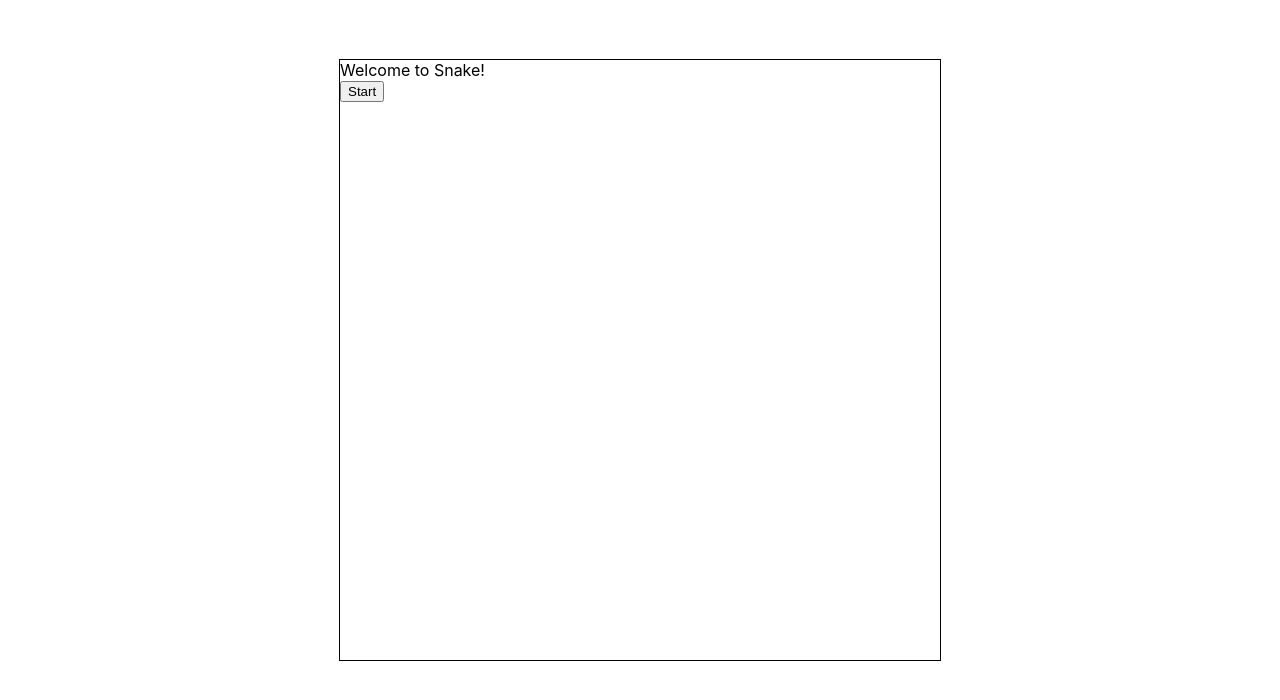
Repository: meills/react-snake
Page: /
The author's editor kept a copy of each file at every save. The page is drawn from the files as they stood at one save, then again after the next save.
The browser window is 1280 px wide. The pictures show the whole page.
The project was rebuilt for these pictures with package versions that can differ from the ones it lists, and the page was loaded fresh each time. Also part of the build but not shown: src/components/Snakeboard.js, src/styles/App.css.

Above is the page before, as saved 2020-06-15 13:34:08.

After the next save:
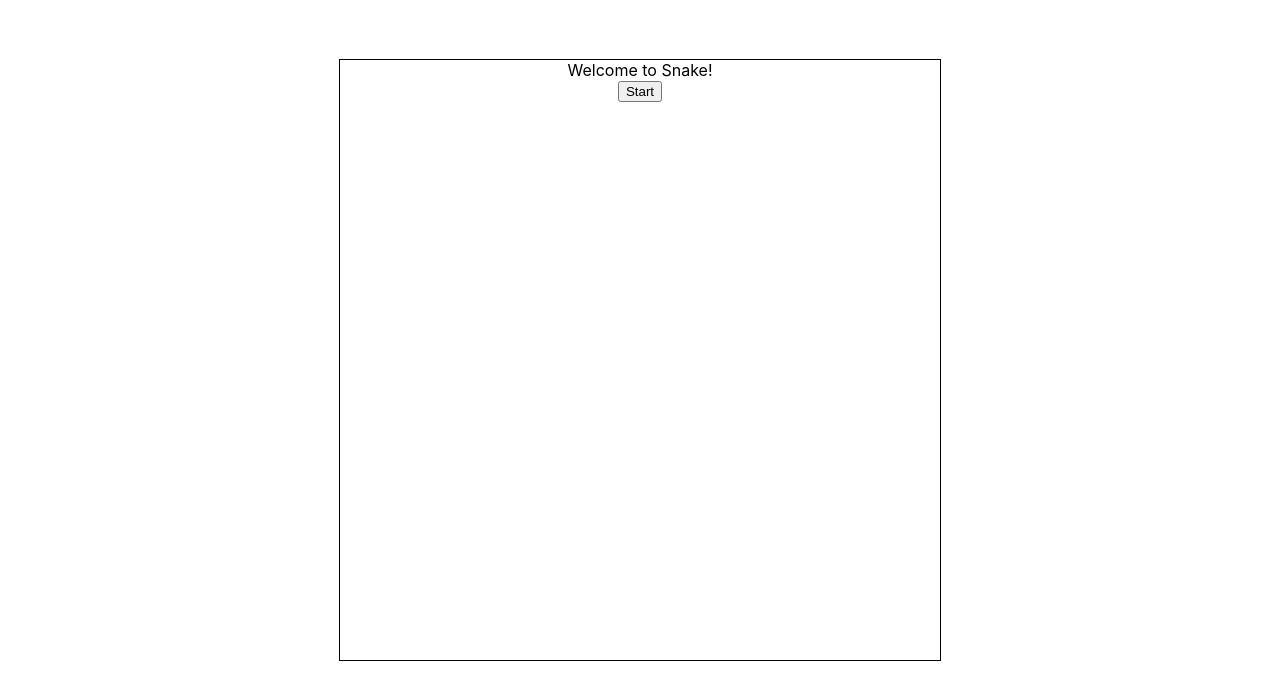
Saved 8 s later.
--- a/src/styles/snakeboard.css
+++ b/src/styles/snakeboard.css
@@ -12,7 +12,7 @@
     outline: 1px solid black;
     display: flex;
     align-items: stretch;
-    margin: auto;
+    align-items: center;
     flex-direction: column;
 
 }
